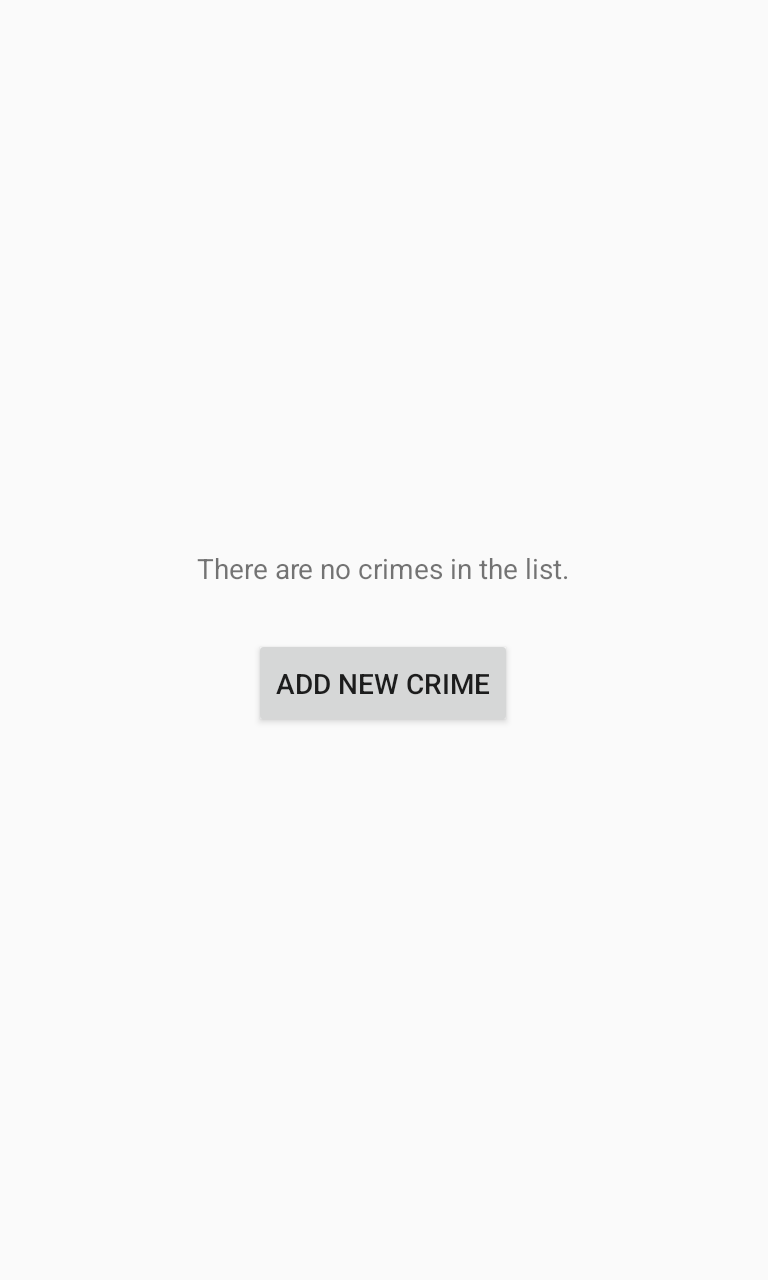
Repository: Jeedan/learning-android-apps
Layout: CriminalIntent/res/layout/fragment_list_empty.xml
An editor plug-in stored every save of this project. The layout is shown before and after the next save, followed by the edit.
It is drawn on a 768 x 1280 px phone screen (xhdpi) without system bars, with theme AppTheme; the app's code is not run. Lists and similar views that code fills are empty.

Above is the layout before, as saved 2014-10-23 10:17:05.

### CriminalIntent/res/layout/fragment_list_empty.xml
<?xml version="1.0" encoding="utf-8"?>
<FrameLayout xmlns:android="http://schemas.android.com/apk/res/android"
    android:id="@+id/fragmentEmptyContainer"
    android:layout_width="match_parent"
    android:layout_height="match_parent">

   <ListView
      android:id="@android:id/list"
      android:layout_width="wrap_content"
      android:layout_height="wrap_content" />

   <LinearLayout
       android:layout_width="wrap_content"
       android:layout_height="wrap_content"
       android:orientation="vertical"
       android:layout_gravity="center">
    <TextView
        android:id="@android:id/empty"
        android:layout_width="wrap_content"
        android:layout_height="wrap_content"
        android:text="@string/empty_list"
        android:layout_gravity="center" />

    <Button
        android:id="@+id/add_crime_button"
        android:layout_width="wrap_content"
        android:layout_height="wrap_content"
        android:text="@string/add_new_crime_button_label"
        android:layout_gravity="center"
        android:layout_marginTop="24dp"/>
   </LinearLayout>
</FrameLayout>

### CriminalIntent/res/values/strings.xml
<?xml version="1.0" encoding="utf-8"?>
<resources>

    <string name="app_name">CriminalIntent</string>
    <string name="action_settings">Settings</string>

    <!-- Crime Activity -->
    <string name="title_activity_crime">CrimeActivity</string>
    <string name="crime_title_hint">Enter a title for the crime</string>
    <string name="crime_title_label">Title</string>
    <string name="crime_details_label">Details</string>
    <string name="crime_solved_label">Solved?</string>
    <string name="crimes_title">Crimes</string>
    <string name="date_picker_title">Date of crime:</string>
    <string name="add_new_crime_button_label">Add new crime</string>

    <string name="new_crime">New Crime</string>
    <string name="show_subtitle">Show Subtitle</string>
    <string name="hide_subtitle">Hide Subtitle</string>
    <string name="subtitle">If you see something, say something.</string>
    <string name="delete_crime">Delete</string>

    <string name="empty_list">There are no crimes in the list.</string>
</resources>

Loaded but not shown: CriminalIntent/res/values/styles.xml (common file); CriminalIntent/res/values-v11/styles.xml (common file); CriminalIntent/res/values-v14/styles.xml (common file)

After the next save:
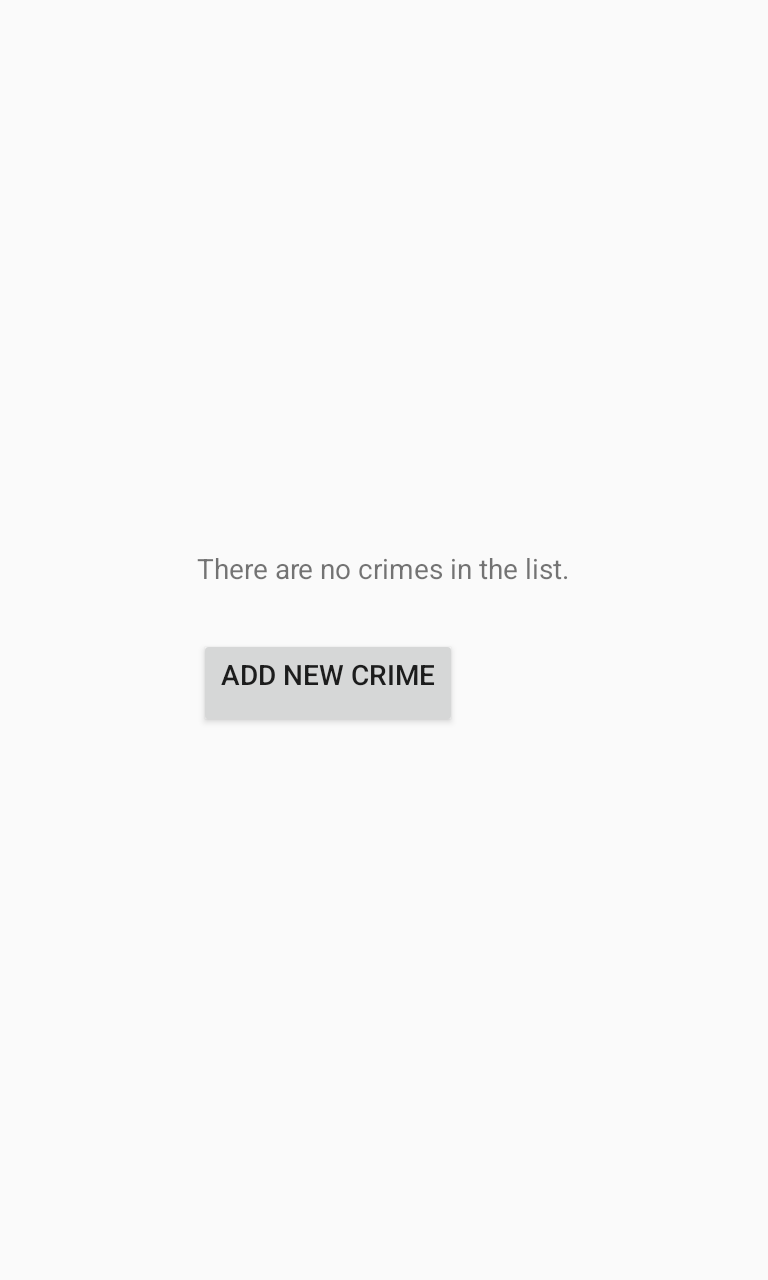
Saved 7 s later.
--- a/CriminalIntent/res/layout/fragment_list_empty.xml
+++ b/CriminalIntent/res/layout/fragment_list_empty.xml
@@ -26,7 +26,7 @@
         android:layout_width="wrap_content"
         android:layout_height="wrap_content"
         android:text="@string/add_new_crime_button_label"
-        android:layout_gravity="center"
+        android:gravity="top"
         android:layout_marginTop="24dp"/>
    </LinearLayout>
 </FrameLayout>

After the save that followed:
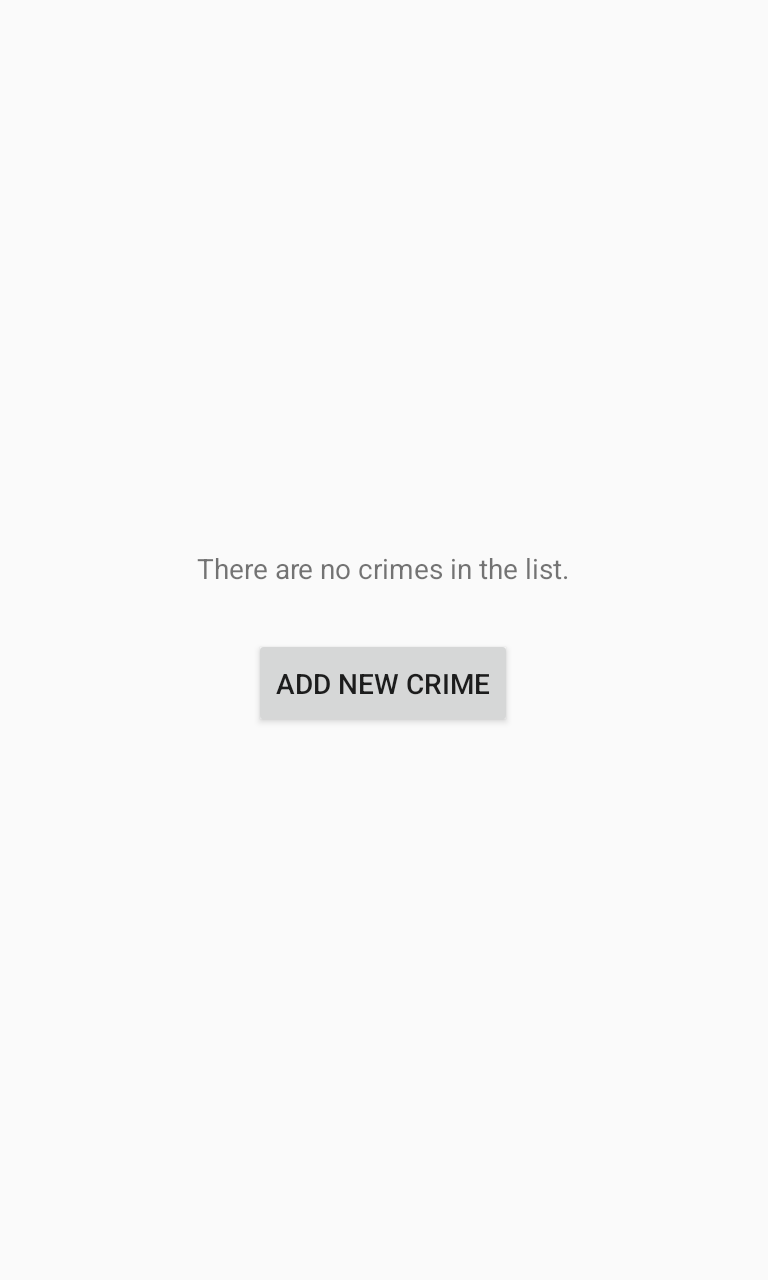
Saved 7 s later.
--- a/CriminalIntent/res/layout/fragment_list_empty.xml
+++ b/CriminalIntent/res/layout/fragment_list_empty.xml
@@ -26,7 +26,7 @@
         android:layout_width="wrap_content"
         android:layout_height="wrap_content"
         android:text="@string/add_new_crime_button_label"
-        android:gravity="top"
+        android:layout_gravity="center"
         android:layout_marginTop="24dp"/>
    </LinearLayout>
 </FrameLayout>
